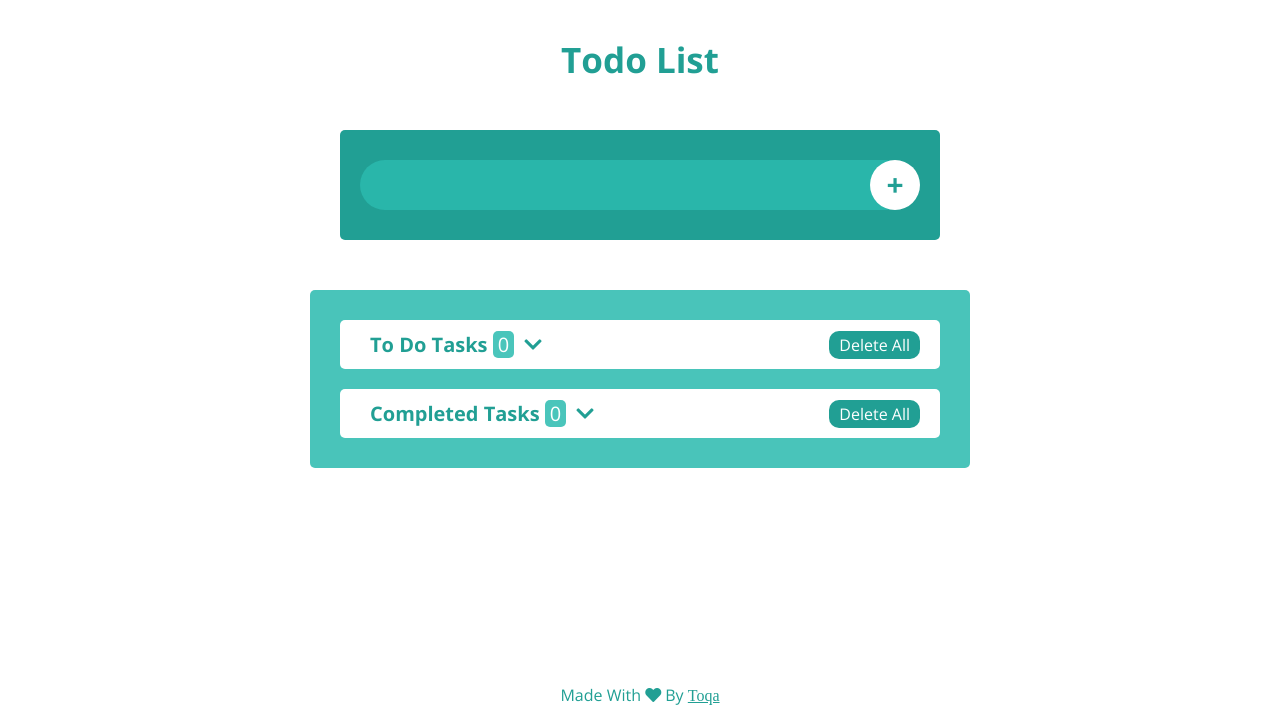
Repository: Toqa-25/todo-list
Page: index.html
The author's editor kept a copy of each file at every save. The page is drawn from the files as they stood at one save, then again after the next save.
The browser window is 1280 px wide. The pictures show the whole page.
Some web fonts or font styles are not loaded; a fallback is used.

Above is the page before, as saved 2022-02-07 16:05:18.

### index.html
<!DOCTYPE html>
<html lang="en">
<head>
    <meta charset="UTF-8">
    <meta http-equiv="X-UA-Compatible" content="IE=edge">
    <meta name="viewport" content="width=device-width, initial-scale=1.0">
     <!-- css fils -->
     <link rel="stylesheet" href="css/normalize.css">
     <link rel="stylesheet" href="css/all.min.css">
     <link rel="stylesheet" href="css/style.css">
     <!-- google fonts -->
     <link rel="preconnect" href="https://fonts.googleapis.com">
     <link rel="preconnect" href="https://fonts.gstatic.com" crossorigin>
     <link href="https://fonts.googleapis.com/css2?family=Open+Sans:wght@300;400;500;600;700;800&display=swap" rel="stylesheet">
     <link href="https://fonts.googleapis.com/css2?family=Pushster&amp;display=swap" rel="stylesheet">
     <!-- page title -->
    <title>ToDo List</title>
</head>
<body>
    <section class="todo-section container">
        <div class="todo-main-head ">
            <h2 class="todo-head">todo list</h2>
        </div>
        <div class="todo-input pad ">
            <input type="text" name="" id="input-field">
            <span class="pluse" id="plus">+</span>
        </div>
        <div class="todo-group pad ">
        <div class="todo-list doing" id="todo-list-do">
             <div class="todo-list-header-group">
                 <h4 class="todo-list-head">to do tasks <span class="tasks-number"></span><i class="fas fa-chevron-down todo-chevron"></i></h4>
                <button class="btn delet-all-tasks">delete all</button>
            </div>
           <div class="todo-list-content todo">
           </div>
        </div>
        <div class="todo-list completed" id="todo-list-complete">
            <div class="todo-list-header-group">
                <h4 class="todo-list-head">completed tasks <span class="completed-tasks-number"></span><i class="fas fa-chevron-down complete-chevron"></i></h4>
                <button class="btn delet-all-completed-tasks">delete all</button>
            </div>
           <div class="todo-list-content complet">
           </div>
        </div>
        </div>
    </section>
    <div class="bottom-group">
             <p>made with <i class="fas fa-heart"></i> by <a class="developer link-none" href="https://toqa-25.github.io/portfolio/">toqa</a></p>
    </div>

    <script src="js/script.js"></script>
    <script src="https://unpkg.com/sweetalert/dist/sweetalert.min.js"></script>
</body>
</html>

### css/style.css
/* component style */
:root{
    --main-color:#219F94;
    --main-alt-color:#2bbbafda;
    --white-color:#fff;
    --text-color:#C1DEAE;
}
*{
     margin:0;
     padding:0;
     box-sizing: border-box;
}
html{
    scroll-behavior: smooth;
}
body{
    font-family: 'Open Sans', sans-serif;
    min-height: 100vh;
}
.container{
    width:80%;
    margin:0 auto;
}

.pad{
    padding: 30px 0;
}

/* element style */
section{
    display: flex;
    align-items: center;
    flex-direction: column;
    min-height: calc(100vh - 50px);
    gap:50px;

}
.todo-main-head {
    padding-top: 20px;
    margin-top: 20px;
}
.todo-head {
    color: var(--main-color);
    font-weight: bold;
    text-transform: capitalize;
    font-size: 35px;
    text-align: center;
}
.todo-input{
    background-color: var(--main-color);
    position: relative;
    border-radius: 5px;
    width: 600px;
    margin: 0 auto;
}
@media(max-width:767px){
   .todo-input{
       width:80%;
   }
}
#input-field {
    width: calc(100% - 50px);
    margin: 0 20px;
    height: 50px;
    border: none;
    outline: none;
    background-color: var(--main-alt-color);
    color: #fff;
    padding:5px 20px;
    border-radius: 25px;
    -webkit-border-radius: 25px;
    -moz-border-radius: 25px;
    -ms-border-radius: 25px;
    -o-border-radius: 25px;
}
#input-field:focus{

}
.pluse {
    width: 50px;
    height: 50px;
    background-color: var(--white-color);
    border-radius: 50%;
    display: inline-block;
    padding: 21px;
    text-align: center;
    font-size: 30px;
    display: flex;
    justify-content: center;
    align-items: center;
    position: absolute;
    right: 20px;
    top: 50%;
    transform: translateY(-50%);
    color: var(--main-color);
    font-weight: bold;
    cursor: pointer;
}

.todo-group {
    background-color: var(--main-alt-color);
    /* margin-top: 30px; */
    padding: 30px;
    display: flex;
    justify-content: space-between;
    align-items: center;
    gap:20px;
    flex-direction: column;
    width:fit-content;
    border-radius: 5px;

}
@media(max-width:767px){

    .todo-list {
        width:100%;
    }
}
.todo-list {
    background-color: var(--white-color);
    padding: 10px 20px;
    color: var(--main-color);
    flex:1;
    border-radius: 5px;
     width: 600px;
}
.todo-list-content , .complet {
    padding:20px;
    display: none;
}
.todo-list-task-group {
    display: flex;
    justify-content: space-between;
    align-items: center;
    border: 1px solid var(--main-alt-color);
    padding: 5px;
    border-radius: 6px;
    margin-bottom: 10px;
}
.todo-list-task {
    padding: 5px 20px;
    display: flex;
    justify-content: space-between;
    align-items: center;
    position: relative;
    margin:10px 5px;
    width:80%;
}
.todo-list-task:before{
    content:"";
    position: absolute;
    top:0;
    left:0;
    height: 100%;
    background-color: var(--main-alt-color);
    width: 8px;
    border-radius: 0px 100px 100px 0px;
}
.btn {
    color: var(--white-color);
    width: fit-content;
    /* height: 27px; */
    padding: 5px 10px;
    background-color: var(--main-color);
    border: none;
    border-radius: 10px;
    cursor: pointer;
    text-transform: capitalize;
}
.todo-list-header-group {
    display: flex;
    justify-content: space-between;
    align-items: center;
}
.todo-list-head {
    text-transform: capitalize;
    width: fit-content;
    /* margin: auto; */
    /* text-align: center; */
    padding: 3px 10px;
    font-size: 20px;
}
.todo-list-text {
    /* text-transform: capitalize; */
}
.completed-task{
    position: relative;
}
.todo-list-checked {
    width: 15px;
    height: 15px;
    border: 1px solid var(--main-color);
    border-radius: 3px;
    display: flex;
    justify-content: center;
    align-items: center;
}
.completed-task:after{
    content: "";
    width: 90%;
    height: 2px;
    border-radius: 2px;
    position: absolute;
    top: 50%;
    left: 50%;
    transform: translate(-50%, -50%);
    background-color: var(--main-color);
}
.todo-list-checked i {
    font-size: 15px;
    margin-left: 3px;
    margin-bottom: 0px;
}
.completed-tasks-number,.tasks-number {
    padding: 0px 5px;
    background-color: var(--main-alt-color);
    color: #fff;
    border-radius: 5px;
    font-weight: normal;
}
i.fas.fa-chevron-down {
    margin-left: 10px;
}
.bottom-group{
color:var(--main-color);
text-align: center;
margin: 16px auto;
}
.bottom-group p{
    text-transform:capitalize;
}
.bottom-group p a{
    font-family: 'Pushster', cursive;
     color:var(--main-color);
}
.show{
    display:block;
}
.sign-login-group {
    width: fit-content;
    display: flex;
    justify-content: space-between;
    align-content: center;
    flex-direction: column;
    gap: 30px;
    margin-top: 100px;
}
.todo-input-group {
    min-width: 300px;
    display: flex;
    justify-content: space-between;
    align-content: center;
    flex-wrap: wrap;
    gap: 30px;
}
.todo-input-group label {
    text-transform: capitalize;
    color: var(--main-color);
    font-weight: bold;
}
.todo-input-group input {
    padding: 5px 10px;
    border-radius: 7px;
    border-color: var(--main-color);
    outline: none;
    color: var(--main-color);

}
.buttons-group {
    display: flex;
    justify-content: center;
    width: fit-content;
    align-items: center;
    gap: 10px;
    margin: 0 auto;
}
.buttons-group span{
    text-transform: uppercase;
    font-weight: bold;
    color: var(--main-color);
}
.sign-login-group .btn  {
    margin: auto;
    color: #fff;
    font-size: 18px;
}
.sign-login-group .buttons-group a {
  font-size: 20px;
    color: var(--main-color);
}

### js/script.js

// const variables
let inputTask = document.getElementById("input-field"),
    plusButton = document.getElementById("plus"),
    toDoContent = document.querySelector(".todo"),
    completeContent = document.querySelector(".complet"),
    taskText = document.querySelector(".todo-list-text"),
    numberOfTasks = document.querySelector(".tasks-number"),
    numberOfCompletedTasks = document.querySelector(".completed-tasks-number"),
    todoChevron = document.querySelector(".todo-chevron"),
    completeChevron = document.querySelector(".complete-chevron"),
    deleteAllTasks = document.querySelector(".delet-all-tasks"),
    deleteAllCompletedTasks = document.querySelector(".delet-all-completed-tasks");

// var variables
var checkedSpan = [...document.querySelectorAll(".todo-list-checked")];
var checkedClasses = [...document.querySelectorAll(".checked")];
var buttonSgroup = [...document.querySelectorAll(".delete")];
let todoList = JSON.parse(localStorage.getItem("tasks"))
  ? JSON.parse(localStorage.getItem("tasks"))
  : [];
let completeList = JSON.parse(localStorage.getItem("completedTasks"))
  ? JSON.parse(localStorage.getItem("completedTasks"))
  : [];
/********************************************************** */
if ( todoList.length >= 1) {
    numberOfTasks.innerHTML = todoList.length;
}
else{
    numberOfTasks.innerHTML = 0;
}

if (completeList && completeList.length >= 1) {
  numberOfCompletedTasks.innerHTML = completeList.length;
} else {
  numberOfCompletedTasks.innerHTML = 0;
}
/********************************************************** */
window.onload = function () {
    inputTask.focus()
}
plusButton.onclick = addTask;
inputTask.addEventListener("keyup", function (event) {
  // Number 13 is the "Enter" key on the keyboard
  if (event.keyCode === 13) {
    addTask();
  }
});
/************************************* */
// 1- add task
function addTask() {
  if (inputTask.value != null && inputTask.value != "") {
      if (todoList.includes(inputTask.value.trim())) {
          swal("This Task is  Already Exists.");
      }
          toDoContent.innerHTML += `  <div class="todo-list-task-group">
                                        <div class="todo-list-task doing-task">
                                            <p class="todo-list-text">${inputTask.value.trim()}</p>
                                            <span id="todo-list-doing" class="todo-list-checked"></span>
                                        </div>
                                        <button class="btn delete">delete</button>
                                    </div>`;
          todoList = [...todoList, inputTask.value.trim()];
          localStorage.setItem("tasks", JSON.stringify(todoList));
          inputTask.value = "";
          currentTasks(toDoContent, todoList);
          checkedSpan = [];
          checkedSpan = [...document.querySelectorAll(".todo-list-checked")];
          checkedTask(checkedSpan);
          buttonSgroup = [];
          buttonSgroup = [...document.querySelectorAll(".delete")];
          deleteUneededTask(buttonSgroup);
          numberOfTasks.innerHTML.innerHTML++;
          inputTask.focus();

  }
  else {
      swal("Enter Your Task");
  }
}

// 2- drow new tasks
function currentTasks(plceContent, tasksArray) {
  plceContent.innerHTML = "";
  for (i = 0; i < tasksArray.length; i++) {
    plceContent.innerHTML += `<div class="todo-list-task-group">
                <div class="todo-list-task doing-task">
                <p class="todo-list-text">${tasksArray[i]}</p>
                <span id="todo-list-doing" class="todo-list-checked"></span>
                </div>
                <button class="btn delete">delete</button>
                </div>`;
  }
  checkedSpan = [];
  checkedSpan = [...document.querySelectorAll(".todo-list-checked")];
  checkedTask(checkedSpan);
//   console.log("current", checkedSpan);
  buttonSgroup = [];
  buttonSgroup = [...document.querySelectorAll(".delete")];
    deleteUneededTask(buttonSgroup);
       numberOfTasks.innerHTML = "";
       numberOfTasks.innerHTML = todoList.length;
}
currentTasks(toDoContent, todoList);

// 3- drow new tasks
function currentCheckedTasks(plceContent, tasksArray) {
  plceContent.innerHTML = "";
  for (i = 0; i < tasksArray.length; i++) {
    plceContent.innerHTML += `<div class="todo-list-task-group ">
                <div class="todo-list-task doing-task completed-task">
                <p class="todo-list-text">${tasksArray[i]}</p>
                <span id="todo-list-doing" class="todo-list-checked checked"><i class="fas fa-check"></i></span>
                </div>
                <button class="btn delete">delete</button>
                </div>`;
  }
  checkedClasses = [];
  checkedClasses = [...document.querySelectorAll(".checked")];
  unCheckedTask(checkedClasses);
  buttonSgroup = [];
  buttonSgroup = [...document.querySelectorAll(".delete")];
    deleteUneededTask(buttonSgroup);
        numberOfCompletedTasks.innerHTML = "";
        numberOfCompletedTasks.innerHTML = completeList.length;
}
currentCheckedTasks(completeContent, completeList);

// 4- drow completed tasks

function checkedTask(checkBoxs) {
  checkBoxs.forEach((checkBox) => {
    checkBox.onclick = function addChecked(checkBox) {
      deleteTask(checkBox.currentTarget);
      transformTask(checkBox.currentTarget);
    };
  });
}
checkedTask(checkedSpan);

//5- drow uncompleted Tasks
function unCheckedTask(checkBoxs) {
  checkBoxs.forEach((checkBox) => {
    checkBox.onclick = function addChecked(checkBox) {
      deleteTask(checkBox.currentTarget);
        transformTask(checkBox.currentTarget);
    };
  });
}
unCheckedTask(checkedClasses);

// 6- delete tasks
/************************************* */
function deleteTask(current) {
  let currentParent = current.parentElement,
    element = currentParent.parentElement,
    elementFirstParent = element.firstElementChild,
    elementText = elementFirstParent.firstElementChild.innerHTML;
    if (elementFirstParent.classList.contains("completed-task")) {
        completeList.splice(completeList.indexOf(elementText), 1);
        localStorage.setItem("completedTasks", JSON.stringify(completeList));
        numberOfCompletedTasks.innerHTML = ""
        numberOfCompletedTasks.innerHTML = completeList.length

} else {
    todoList.splice(todoList.indexOf(elementText), 1);
    localStorage.setItem("tasks", JSON.stringify(todoList));
    numberOfTasks.innerHTML = ""
    numberOfTasks.innerHTML = todoList.length
}
element.remove();
console.log(element);
console.log(elementText);
}

function transformTask(current) {
  let currentParent = current.parentElement,
    element = currentParent.parentElement,
    elementFirstParent = element.firstElementChild,
    elementText = elementFirstParent.firstElementChild.innerHTML;
  if (elementFirstParent.classList.contains("completed-task")) {
    todoList = [...todoList, elementText];
    localStorage.setItem("tasks", JSON.stringify(todoList));
    currentTasks(toDoContent, todoList);
  } else {
    // completeList.push(elementText);
        completeList = [...completeList, elementText];
    localStorage.setItem("completedTasks", JSON.stringify(completeList));
    currentCheckedTasks(completeContent, completeList);
  }
}

function deleteUneededTask(checkBoxs) {
  checkBoxs.forEach((checkBox) => {
    checkBox.onclick = function addChecked(checkBox) {
      let element = checkBox.currentTarget.parentElement,
        elementFirstParent = element.firstElementChild,
        elementText = elementFirstParent.firstElementChild.innerHTML;

      element.remove();
      if (elementFirstParent.classList.contains("completed-task")) {
        completeList.splice(completeList.indexOf(elementText), 1);
          localStorage.setItem("completedTasks", JSON.stringify(completeList));
              numberOfCompletedTasks.innerHTML = "";
              numberOfCompletedTasks.innerHTML = completeList.length;
      } else {
        todoList.splice(todoList.indexOf(elementText), 1);
        localStorage.setItem("tasks", JSON.stringify(todoList));
           numberOfTasks.innerHTML = "";
           numberOfTasks.innerHTML = todoList.length;
      }
      console.log(elementText);
      console.log(elementFirstParent);
      console.log(element);
    };
  });
}
deleteUneededTask(buttonSgroup);


todoChevron.onclick = function (){
    toDoContent.classList.toggle("show")
}
completeChevron.onclick = function () {
  completeContent.classList.toggle("show")
};

deleteAllTasks.onclick = function () {
    toDoContent.innerHTML = ""
    todoList = [];
    localStorage.setItem("tasks", JSON.stringify(todoList));
    currentTasks(toDoContent, todoList);
}
deleteAllCompletedTasks.onclick = function () {
  toDoContent.innerHTML = "";
  completeList = [];
  localStorage.setItem("completedTasks", JSON.stringify(completeList));
  currentCheckedTasks(completeContent, completeList);
};

Loaded but not shown: css/normalize.css (library); css/all.min.css (library)

After the next save:
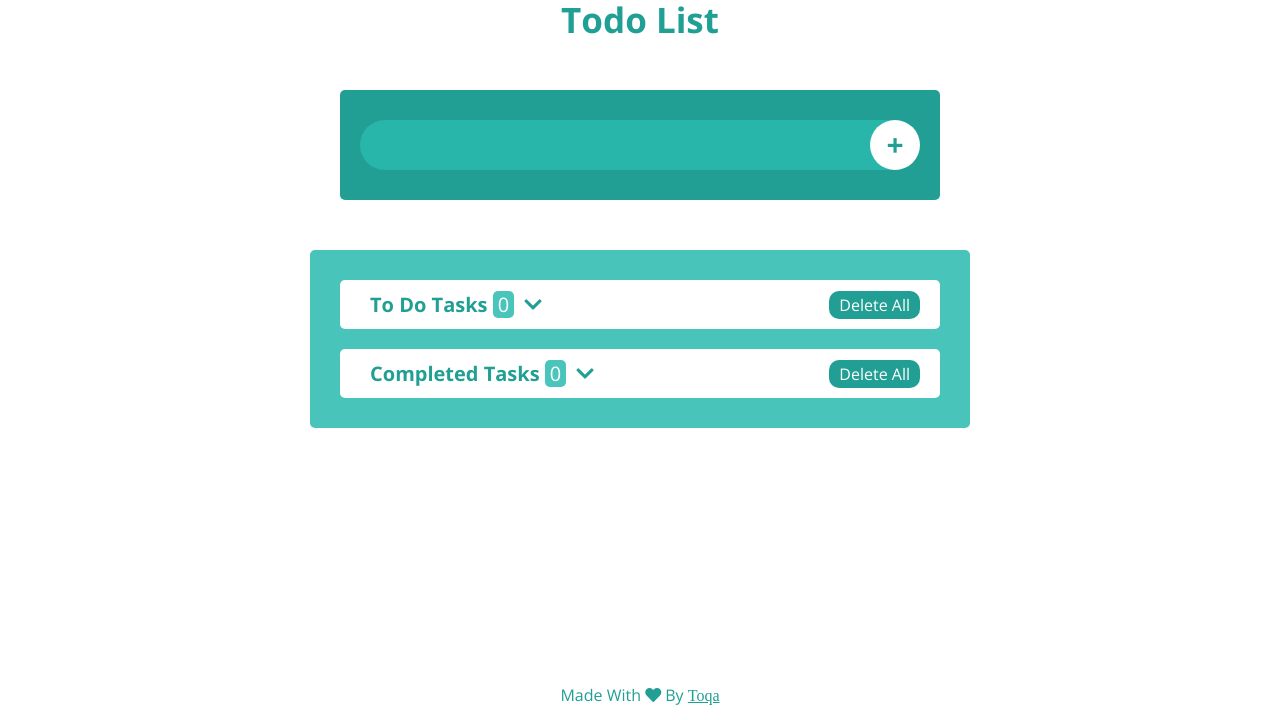
Saved 3 min 6 s later.
--- a/css/style.css
+++ b/css/style.css
@@ -36,8 +36,8 @@ section{
 
 }
 .todo-main-head {
-    padding-top: 20px;
-    margin-top: 20px;
+    /* padding-top: 20px;
+    margin-top: 20px; */
 }
 .todo-head {
     color: var(--main-color);
